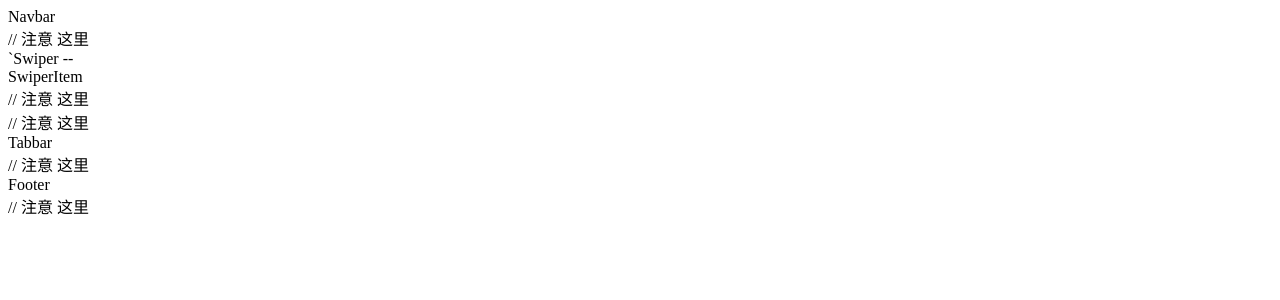
Repository: ysl200/111
Page: / (app in react/frontend/)
An editor plug-in stored every save of this project. The page is shown before and after the next save, followed by the edit.
The browser window is 1280 px wide. The pictures show the whole page.
The project was rebuilt for these pictures with package versions that can differ from the ones it lists, and the page was loaded fresh each time.

Above is the page before, as saved 2024-01-04 19:16:39.

### react/frontend/src/index.js
import React, { Component } from "react";
import { createRoot } from 'react-dom/client';


class Navbar extends Component {
  render() {
    return (
      <div>
        Navbar
      </div>
    );
  }
}


function SwiperItem(){
  return <div>SwiperItem</div>
}

function Swiper(){
  return <div>
  `Swiper -- <SwiperItem></SwiperItem> // 注意 这里
  </div>
}

const Tabbar = ()=>{
  return <div>Tabbar</div>
}

const Footer = ()=>  <div>Footer</div>

export default class App extends Component {
  render() {
    return (
      <div>
        <Navbar></Navbar> // 注意 这里
        <Swiper></Swiper> // 注意 这里
        <Tabbar></Tabbar> // 注意 这里
        <Footer></Footer> // 注意 这里
      </div>
    )
  }
}

const container = document.getElementById('root');
const root = createRoot(container); // createRoot(container!) if you use TypeScript
root.render(<App />);

Loaded but not shown: react/frontend/public/index.html (common file)

After the next save:
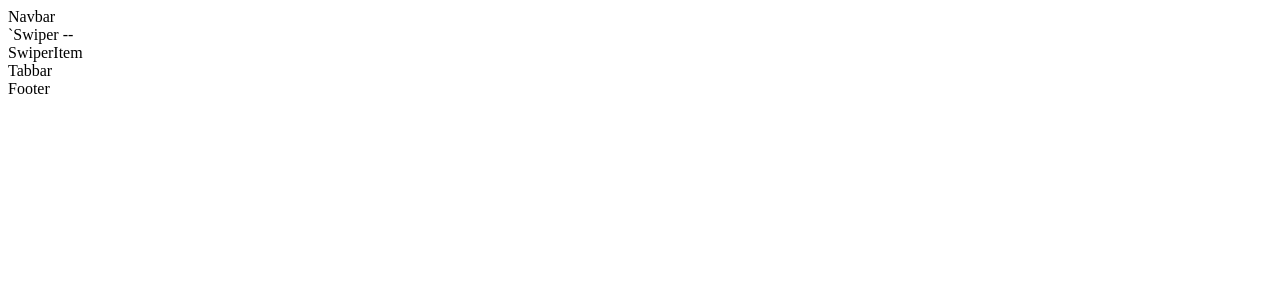
Saved 32 s later.
--- a/react/frontend/src/index.js
+++ b/react/frontend/src/index.js
@@ -19,7 +19,7 @@
 
 function Swiper(){
   return <div>
-  `Swiper -- <SwiperItem></SwiperItem> // 注意 这里
+  `Swiper -- <SwiperItem></SwiperItem>
   </div>
 }
 
@@ -33,10 +33,10 @@
   render() {
     return (
       <div>
-        <Navbar></Navbar> // 注意 这里
-        <Swiper></Swiper> // 注意 这里
-        <Tabbar></Tabbar> // 注意 这里
-        <Footer></Footer> // 注意 这里
+        <Navbar></Navbar>
+        <Swiper></Swiper>
+        <Tabbar></Tabbar>
+        <Footer></Footer>
       </div>
     )
   }

After the save that followed:
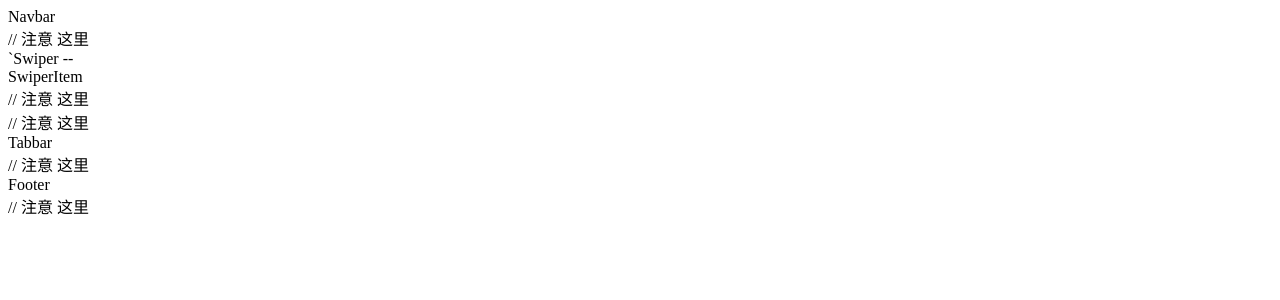
Saved 60 s later.
--- a/react/frontend/src/index.js
+++ b/react/frontend/src/index.js
@@ -19,7 +19,7 @@
 
 function Swiper(){
   return <div>
-  `Swiper -- <SwiperItem></SwiperItem>
+  `Swiper -- <SwiperItem></SwiperItem> // 注意 这里
   </div>
 }
 
@@ -33,10 +33,10 @@
   render() {
     return (
       <div>
-        <Navbar></Navbar>
-        <Swiper></Swiper>
-        <Tabbar></Tabbar>
-        <Footer></Footer>
+        <Navbar></Navbar> // 注意 这里
+        <Swiper></Swiper> // 注意 这里
+        <Tabbar></Tabbar> // 注意 这里
+        <Footer></Footer> // 注意 这里
       </div>
     )
   }
